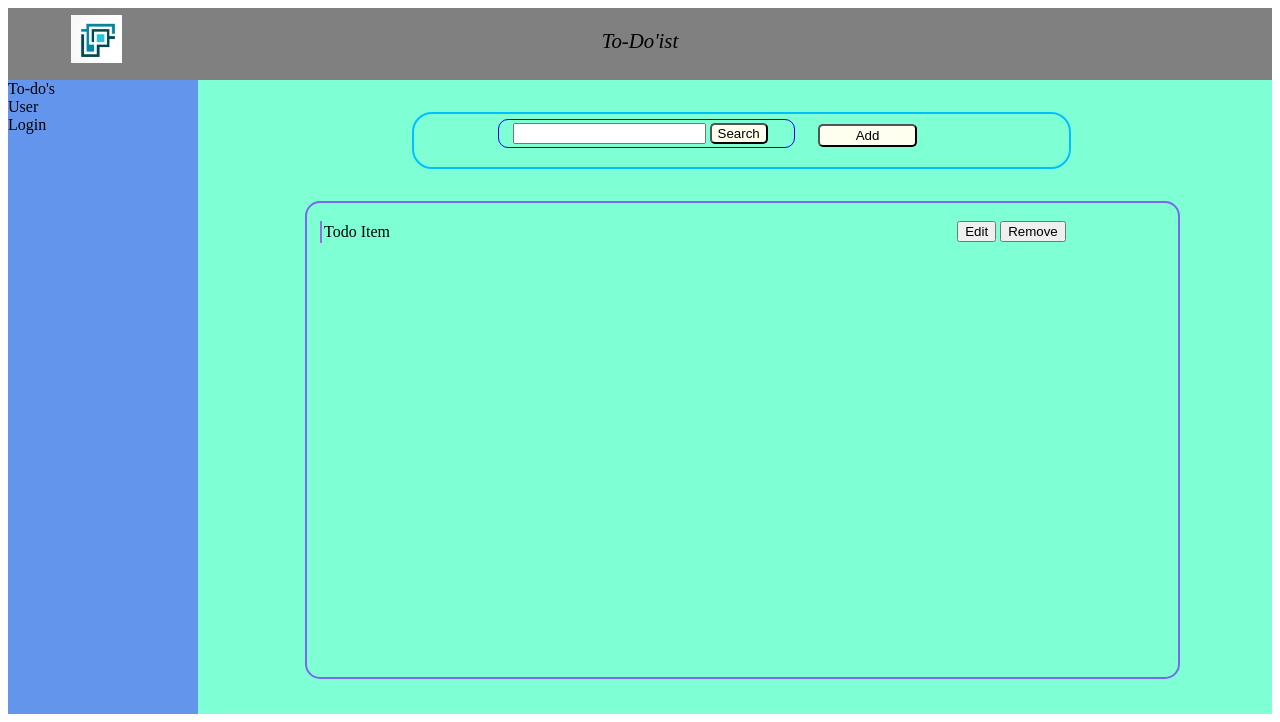
Repository: tavisca-pkadam/Todo-Website
Page: home.html
The author's editor kept a copy of each file at every save. The page is drawn from the files as they stood at one save, then again after the next save.
The browser window is 1280 px wide. The pictures show the whole page.

Above is the page before, as saved 2019-08-20 08:05:07.

After the next save:
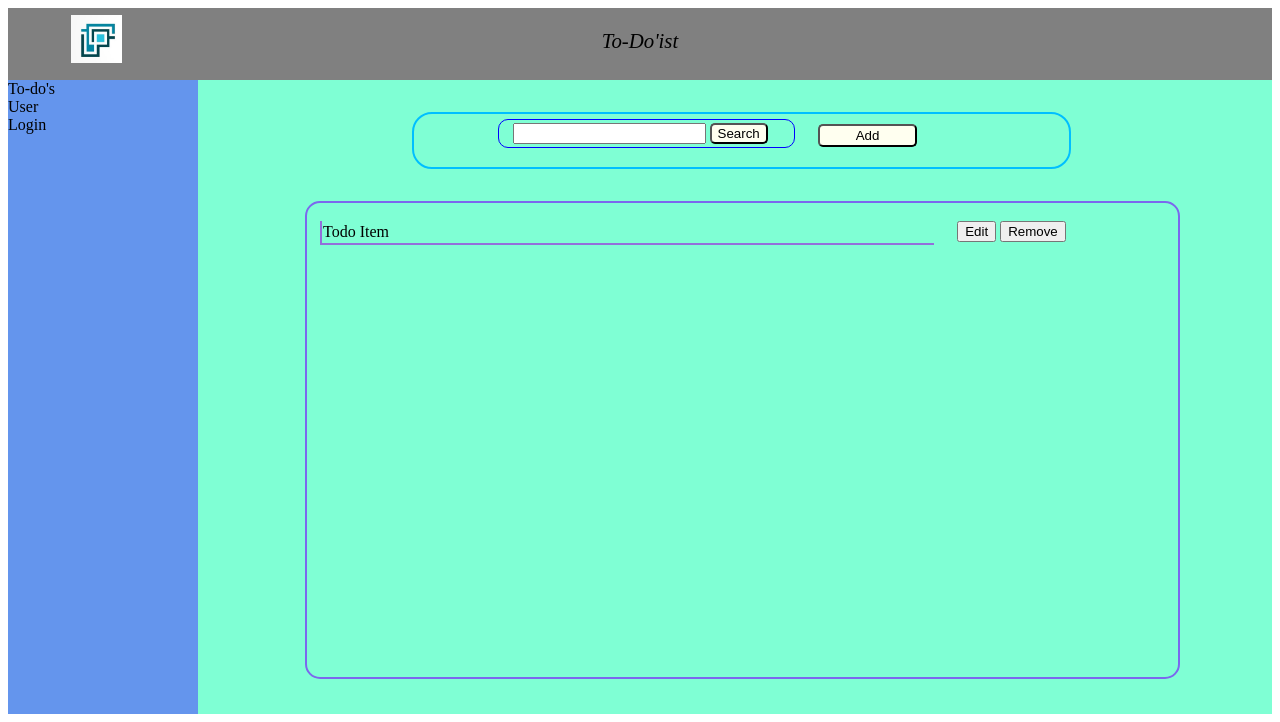
Saved 12 s later.
--- a/main.css
+++ b/main.css
@@ -121,7 +121,7 @@
 
     position: absolute;
     padding: 2px;
-    padding-left:
+    padding-left: 1px;
     border-bottom: 6px solid;
     border-left: 6px solid;
 
